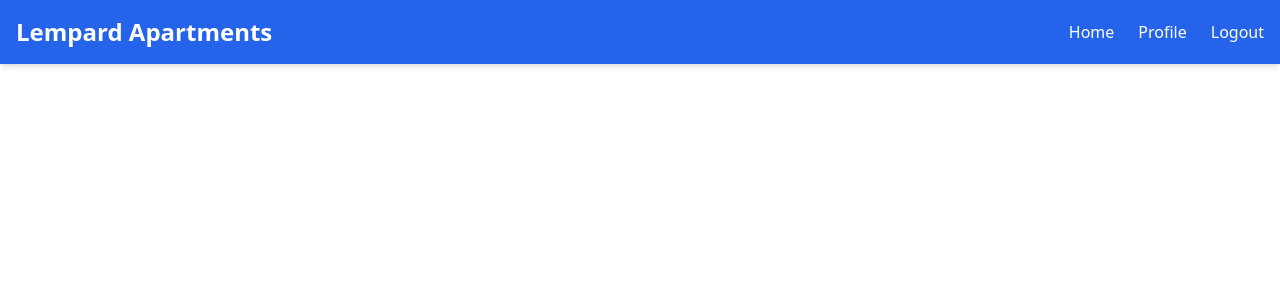
Repository: makanda596/system
Page: /home (app in client/)
The author's editor kept a copy of each file at every save. The page is drawn from the files as they stood at one save, then again after the next save.
The browser window is 1280 px wide. The pictures show the whole page.
The project was rebuilt for these pictures with package versions that can differ from the ones it lists, and the page was loaded fresh each time. Also part of the build but not shown: client/src/SignUpForm.jsx, client/src/LoginForm.jsx. Imported but missing from the stored project, and not drawn on this page: client/src/reportWebVitals.

Above is the page before, as saved 2024-12-03 08:23:57.

### client/src/App.js
import React from 'react';
import { BrowserRouter as Router, Route, Routes } from 'react-router-dom';
import Home from './Home.jsx'
import SignUpForm from './SignUpForm.jsx'
import LoginForm from './LoginForm.jsx'
function App() {
  return (
    <div>
      <Router>
        <Routes>
          <Route path="/signup" element={<SignUpForm />} />
          <Route path='/' element={<LoginForm />} />
          <Route path='/home' element={<Home />} />
        </Routes>
      </Router>
    </div>
  );
}

export default App;

### client/src/Home.jsx
import React from 'react';
import Navbar from '../src/componets/Navbar'
function Home() {
    return (
        <div>
            <Navbar />
        </div>
    );
}

export default Home;

### client/src/componets/Navbar.jsx
import React from 'react';
import { Link } from 'react-router-dom';

function Navbar() {
    const handleLogout = () => {
        // Logic for logging out (e.g., clearing session data, tokens, etc.)
        window.location.href = '/login'; // Redirect to the login page after logout
    };

    return (
        <nav className="bg-blue-600 shadow-md">
            <div className="max-w-7xl mx-auto px-4 py-4 flex justify-between items-center">
                {/* Logo or Apartment Name */}
                <h1 className="text-white text-2xl font-bold">Lempard Apartments</h1>

                {/* Navigation Links */}
                <div className="space-x-6 text-white">
                    <Link to="/home" className="hover:text-blue-300">Home</Link>
                    <Link to="/profile" className="hover:text-blue-300">Profile</Link>
                    <button onClick={handleLogout} className="hover:text-blue-300">Logout</button>
                </div>
            </div>
        </nav>
    );
}

export default Navbar;

Loaded but not shown: client/src/index.js (common file); client/src/index.css (common file); client/tailwind.config.js (common file)

After the next save:
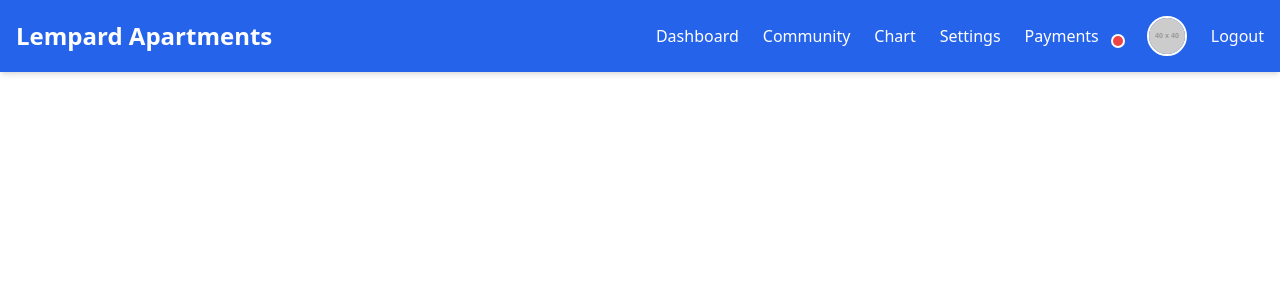
Saved 3 min 53 s later.
--- a/client/src/componets/Navbar.jsx
+++ b/client/src/componets/Navbar.jsx
@@ -13,10 +13,30 @@ function Navbar() {
                 {/* Logo or Apartment Name */}
                 <h1 className="text-white text-2xl font-bold">Lempard Apartments</h1>
 
-                {/* Navigation Links */}
-                <div className="space-x-6 text-white">
-                    <Link to="/home" className="hover:text-blue-300">Home</Link>
-                    <Link to="/profile" className="hover:text-blue-300">Profile</Link>
+                {/* Navbar links */}
+                <div className="flex space-x-6 items-center text-white">
+                    <Link to="/dashboard" className="hover:text-blue-300">Dashboard</Link>
+                    <Link to="/community" className="hover:text-blue-300">Community</Link>
+                    <Link to="/chart" className="hover:text-blue-300">Chart</Link>
+                    <Link to="/settings" className="hover:text-blue-300">Settings</Link>
+                    <Link to="/payments" className="hover:text-blue-300">Payments</Link>
+
+                    {/* Alert Icon (Bell) */}
+                    <div className="relative">
+                        <span className="absolute top-0 right-0 inline-block w-2.5 h-2.5 bg-red-500 rounded-full ring-2 ring-white"></span>
+                        <i className="fas fa-bell text-white text-xl"></i>
+                    </div>
+
+                    {/* Profile Picture */}
+                    <div className="relative">
+                        <img
+                            src="https://via.placeholder.com/40" // Replace with actual profile picture URL
+                            alt="Profile"
+                            className="w-10 h-10 rounded-full border-2 border-white"
+                        />
+                    </div>
+
+                    {/* Logout Button */}
                     <button onClick={handleLogout} className="hover:text-blue-300">Logout</button>
                 </div>
             </div>
